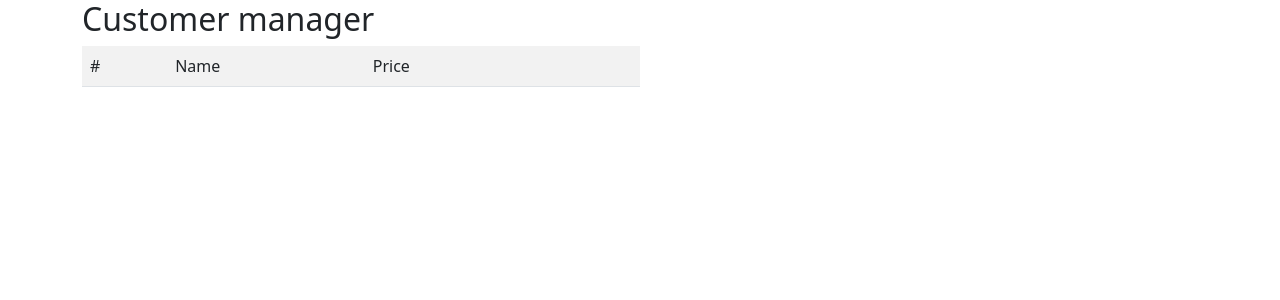
Repository: nguyenhung50497/MD3_thaoTacVoiFile
Page: BT_productManager2/templates/addProduct.html
An editor plug-in stored every save of this project. The page is shown before and after a run of saves, followed by the edit.
The browser window is 1280 px wide. The pictures show the whole page.
Some web libraries are served in a nearby version.

Above is the page before, as saved 2022-12-14 15:38:36.

### BT_productManager2/templates/addProduct.html
<!DOCTYPE html>
<html lang="en">
<head>
    <meta charset="UTF-8">
    <title>Customer manager</title>
    <link href="https://cdn.jsdelivr.net/npm/bootstrap@5.1.3/dist/css/bootstrap.min.css" rel="stylesheet" crossorigin="anonymous">
</head>
<body>
<div class="container">
    <div class="col-6">
        <h2>Customer manager</h2>
        <table class="table table-striped">
            <tr>
                <td>#</td>
                <td>Name</td>
                <td>Price</td>
                <td></td>
                <td></td>
            </tr>

        </table>

    </div>

</div>
<script src="https://cdn.jsdelivr.net/npm/@popperjs/core@2.10.2/dist/umd/popper.min.js" integrity="sha384-7+zCNj/IqJ95wo16oMtfsKbZ9ccEh31eOz1HGyDuCQ6wgnyJNSYdrPa03rtR1zdB" crossorigin="anonymous"></script>
<script src="https://cdn.jsdelivr.net/npm/bootstrap@5.1.3/dist/js/bootstrap.min.js" integrity="sha384-QJHtvGhmr9XOIpI6YVutG+2QOK9T+ZnN4kzFN1RtK3zEFEIsxhlmWl5/YESvpZ13" crossorigin="anonymous"></script>
</body>
</html>

After the next 5 saves:
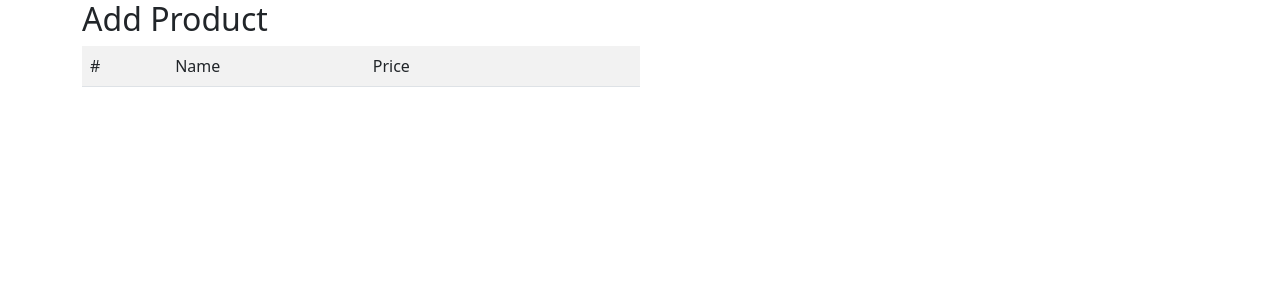
The 5 saves are shown as one change because they came seconds apart.
The last was saved 52 s later.
--- a/BT_productManager2/templates/addProduct.html
+++ b/BT_productManager2/templates/addProduct.html
@@ -8,7 +8,8 @@
 <body>
 <div class="container">
     <div class="col-6">
-        <h2>Customer manager</h2>
+        <h2>Add Product</h2>
+        <form action="" method="post"></form>
         <table class="table table-striped">
             <tr>
                 <td>#</td>
